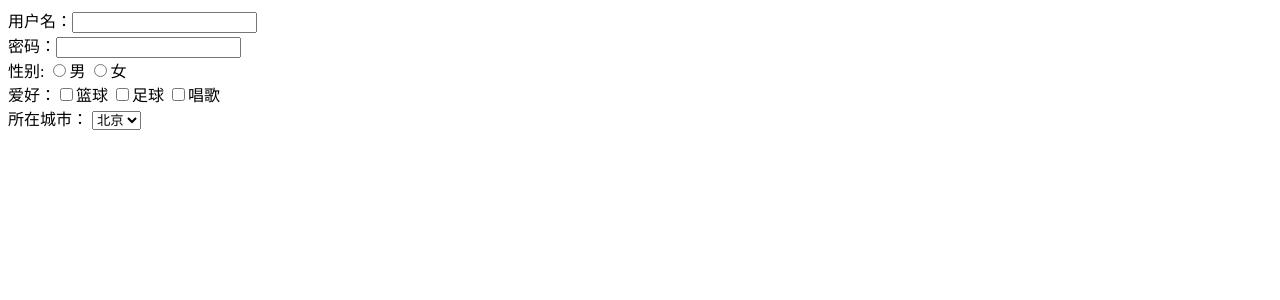
Repository: zhenyusu/j2eeDemo
Page: day09_01_HttpServletRequest/WebRoot/register.html
The author's editor kept a copy of each file at every save. The page is drawn from the files as they stood at one save, then again after the next save.
The browser window is 1280 px wide. The pictures show the whole page.

Above is the page before, as saved 2018-02-22 13:27:24.

After the next save:
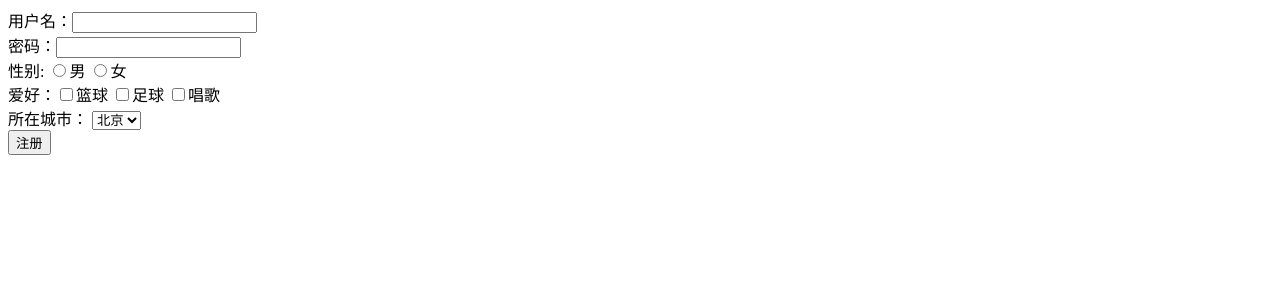
Saved 43 s later.
--- a/day09_01_HttpServletRequest/WebRoot/register.html
+++ b/day09_01_HttpServletRequest/WebRoot/register.html
@@ -20,6 +20,8 @@
 				<option value = "nj">南京</option>
 				<option value = "sh">上海</option>
 			</select>
+			</br>
+			<input type = "submit" value = "注册"/>
 	</form>
 
 </body>
